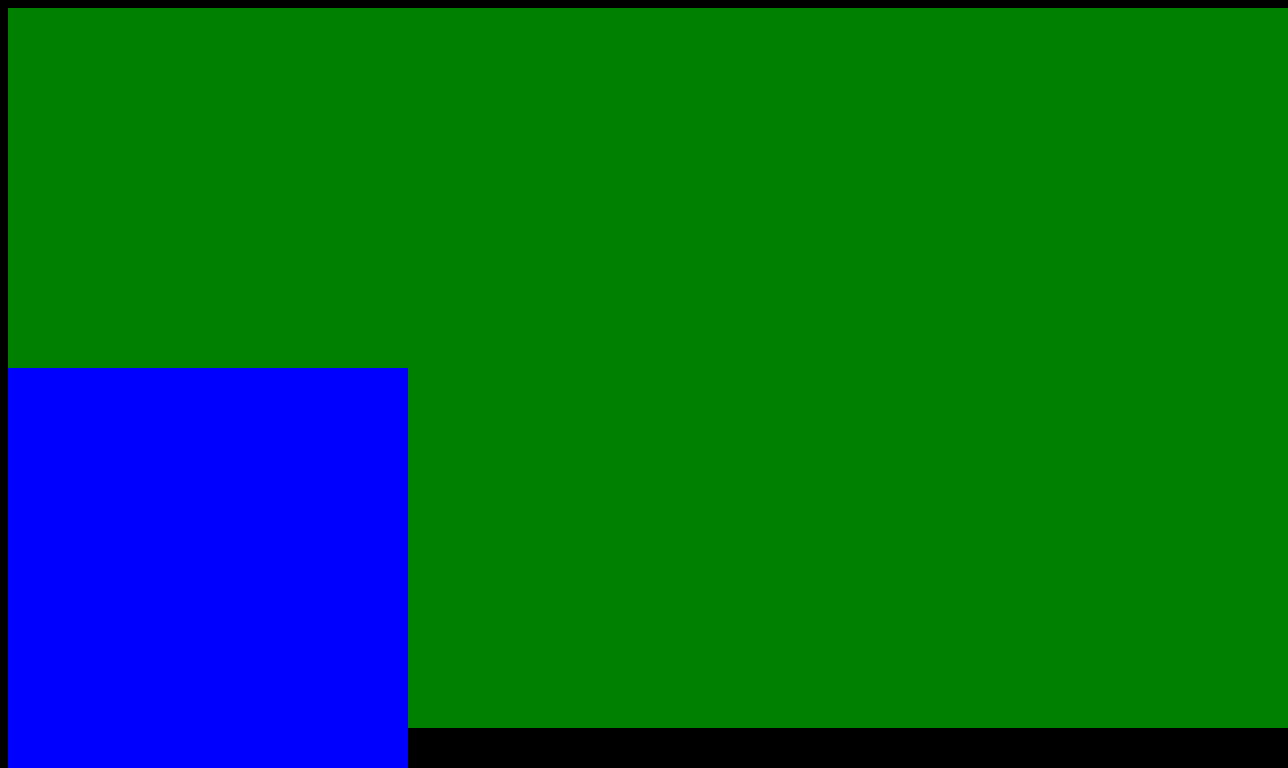
Repository: Lucianorodriguesdev/Projeto-RedeSocial
Page: index.html
The author's editor kept a copy of each file at every save. The page is drawn from the files as they stood at one save, then again after the next save.
The browser window is 1280 px wide. The page is 1288 px wide, so the pictures cover 1288 px, including what lies to the right of the window. The pictures show the whole page.

Above is the page before, as saved 2026-07-06 10:23:23.

After the next save:
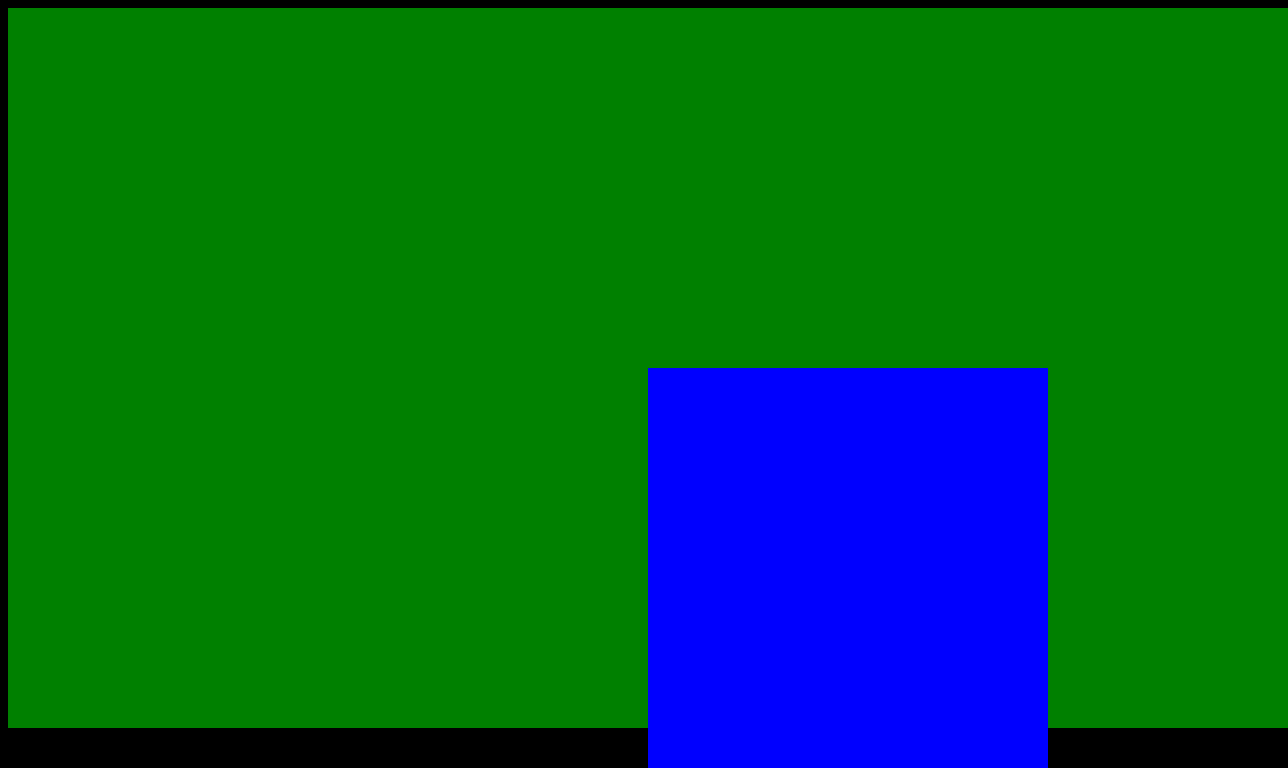
Saved 55 s later.
--- a/estilo/style.css
+++ b/estilo/style.css
@@ -19,6 +19,7 @@
     width: 400px;
     background-color: blue;
     position: absolute;
-    top:50%
+    top:50%;
+    left: 50%;
 
 }
